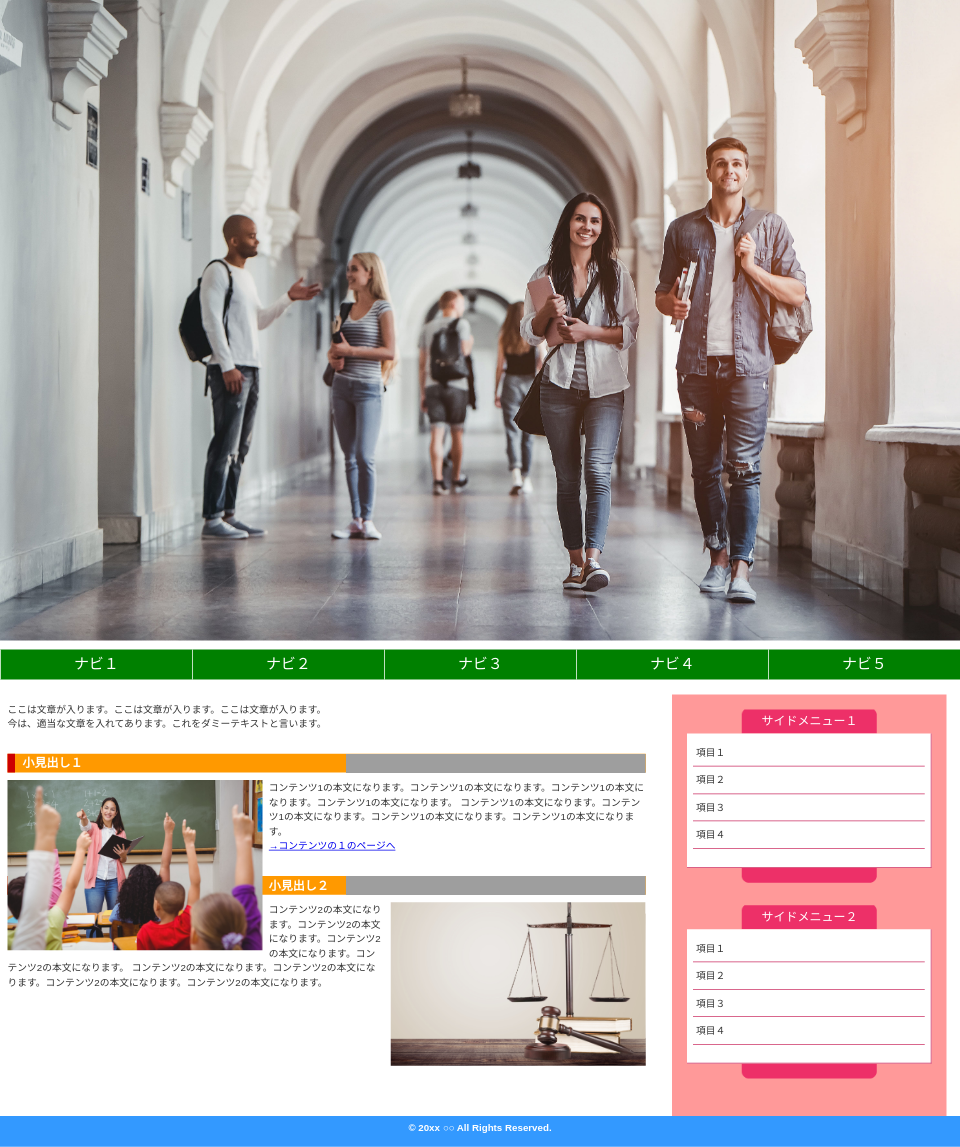
Repository: k-s-k119/samurai_HTML-CSS
Page: home.html
The author's editor kept a record of every edit. The page is drawn from the files as they stood at one moment, then again after the next edit.
The browser window is 1280 px wide. The pictures show the whole page, at 75% of full size.
Pictures or frames that could not be fetched are drawn as grey boxes.

Above is the page before.

### home.html
<!DOCTYPE html>
<html lang="ja">
  <head>
    <meta charset="UTF-8">
    <title>HTML/CSSの学習</title>
    <link rel="stylesheet" href="stylesheet.css">
  </head>
  <body>
    <div id="header">
      <h1>
        <a href="index.html">
          <img id="corridor" src="images/corridor.jpg" alt="大学の廊下" />
        </a>
      </h1>
    </div>
    <div id="wrapper">
      <div id="nav">
        <ul>
          <li><a href="home.html">ナビ１</a></li>
          <li><a href="#">ナビ２</a></li>
          <li><a href="#">ナビ３</a></li>
          <li><a href="#">ナビ４</a></li>
          <li><a href="#">ナビ５</a></li>
        </ul>
      </div>
      <div id="container">
        <div id="main">
          <div class="post">
            <p>ここは文章が入ります。ここは文章が入ります。ここは文章が入ります。<br />今は、適当な文章を入れてあります。これをダミーテキストと言います。</p>
          </div>
          <div class="post clearfix">
            <h2>小見出し１</h2>
            <img class="left" src="images/classroom.jpg" alt="授業風景" />
            <p>
              コンテンツ1の本文になります。コンテンツ1の本文になります。コンテンツ1の本文になります。コンテンツ1の本文になります。
              コンテンツ1の本文になります。コンテンツ1の本文になります。コンテンツ1の本文になります。コンテンツ1の本文になります。
            </p>
            <p><a href="#">→コンテンツの１のページへ</a></p>
          </div>
          <div class="post clearfix">
            <h2>小見出し２</h2>
            <img class="right" src="images/scale.jpg" alt="天秤" />
            <p>
              コンテンツ2の本文になります。コンテンツ2の本文になります。コンテンツ2の本文になります。コンテンツ2の本文になります。
              コンテンツ2の本文になります。コンテンツ2の本文になります。コンテンツ2の本文になります。コンテンツ2の本文になります。
            </p>
          </div>
        </div>
        <div id="side">
          <div class="box">
            <h2>サイドメニュー１</h2>
            <div class="boxBody">
              <ul>
                <li>項目１</li>
                <li>項目２</li>
                <li>項目３</li>
                <li>項目４</li>
              </ul>
            </div>
          </div>
          <div class="box">
            <h2>サイドメニュー２</h2>
            <div class="boxBody">
              <ul>
                <li>項目１</li>
                <li>項目２</li>
                <li>項目３</li>
                <li>項目４</li>
              </ul>
            </div>
          </div>
        </div>
      </div>
    </div>
    <div id="footer">
      <p>&copy; 20xx ○○ All Rights Reserved.</p>
    </div>
  </body>
</html>

### stylesheet.css
@charset "utf-8";

body {
		margin: 0;
		padding: 0;
		font-family: "ヒラギノ角ゴ Pro W3", "Hiragino Kaku Gothic Pro", "メイリオ", Meiryo, Osaka, "ＭＳ Ｐゴシック", "MS PGothic", sans-serif;
		color: #333;
		font-size: 13px;
		line-height: 150%;
}

#wrapper {
		width: 100%;
		margin: auto;
		padding: 0px;
		border: 0px;
		background-color: #FFF;
		top: 10px;
		position: relative;
}
#header {
		width: 100%;
}
#header {
		margin: 0;
		padding: 0;
}

h1 {
		margin: 0px;
}
#corridor {
		width: 100%;
		height: auto;
}

#footer {
		clear: both;
		width: 100%;
		padding: 3px 0 3px 0;
		background: #39F;
		color: #FFF;
		font-weight: bold;
		text-align: center;
}

#nav {
		width: 100%;
}
#nav ul {
		display: flex;
		margin: 0;
		padding: 0;
		list-style-type: none;
}
#nav ul li {
		width: 20%;
		text-align: center;
}
#nav ul li a {
		display: block;
		height: 20px;
		margin: 0;
		padding: 10px;
		color: #FFF;
		font-size: 20px;
		text-decoration: none;
		background-color: green;
	border-left: 1px solid white;
}

#nav ul li a:hover {
		filter: drop-shadow(10px 10px 10px black);
}

#container {
		width: 100%;
		margin: auto;
		padding: auto;
		padding-top: 20px;
		clear: both;
		display: grid;
		grid-template-columns: 70vw 30vw;
}
#main {
		width: 95%;
		padding: 10px 30px 10px 10px;
}
#main h2 {
		margin: 0 0 10px 0;
		padding: 3px 10px 3px 10px;
		color: #FFF;
		font-size: 16px;
		border-left: solid 10px #C00;
		background: #F90 url(../images/main_h2.jpg) right top repeat-y;

}
#main p {
		margin: 0;
		padding: 0;
}
#main .post {
		margin: 0 0 30px 0;
}
#main .post img.right {
		margin: 0 0 0 8px;
}
#main .post img.left {
		margin: 0 8px 0 0;
}
.right {
		float: right;
		width: 40%;
		height: auto;
}
.left {
		float: left;
		width: 40%;
		height: auto;
}
.clearfix {
		zoom: 1;
}
.clearfix: after {
		content: "";
		display: block;
		clear: both;
}
#side {
		width: 85%;
		padding: 20px;
		background-color: #F99;
}
#side .box {
		margin: 0 auto 30px auto;
		padding: 0 0 20px 0;
		background: url(images/side_box.png) bottom no-repeat;
}
#side .box h2 {
		margin: 0;
		padding: 8px;
		text-align: center;
		color: #fff;
		font-size: 16px;
		line-height: 16px;
		font-weight: normal;
		background: url(images/side_box_h2.png) center no-repeat;
}
#side .box .boxBody {
		padding: 8px;
		border-right: solid 1px #C36;
		border-bottom: solid 1px #C36;
		border-lift: solid 1px #C36;
		background: #fff;
}
#side .box .boxBody ul {
		margin: 0 0 16px 0;
		padding: 0;
}
#side .box .boxBody ul li {
		padding: 8px 0 8px 4px;
		list-style: none;
		border-bottom: solid 1px #C36;
}

#side .box .boxBody ul li:hover {
		padding: 8px 0 8px 4px;
		list-style: none;
		border-bottom: solid 1px #C36;
		box-shadow: 0px 4px 4px rgba(0, 0, 0, 0.3);
}

After the next edit:
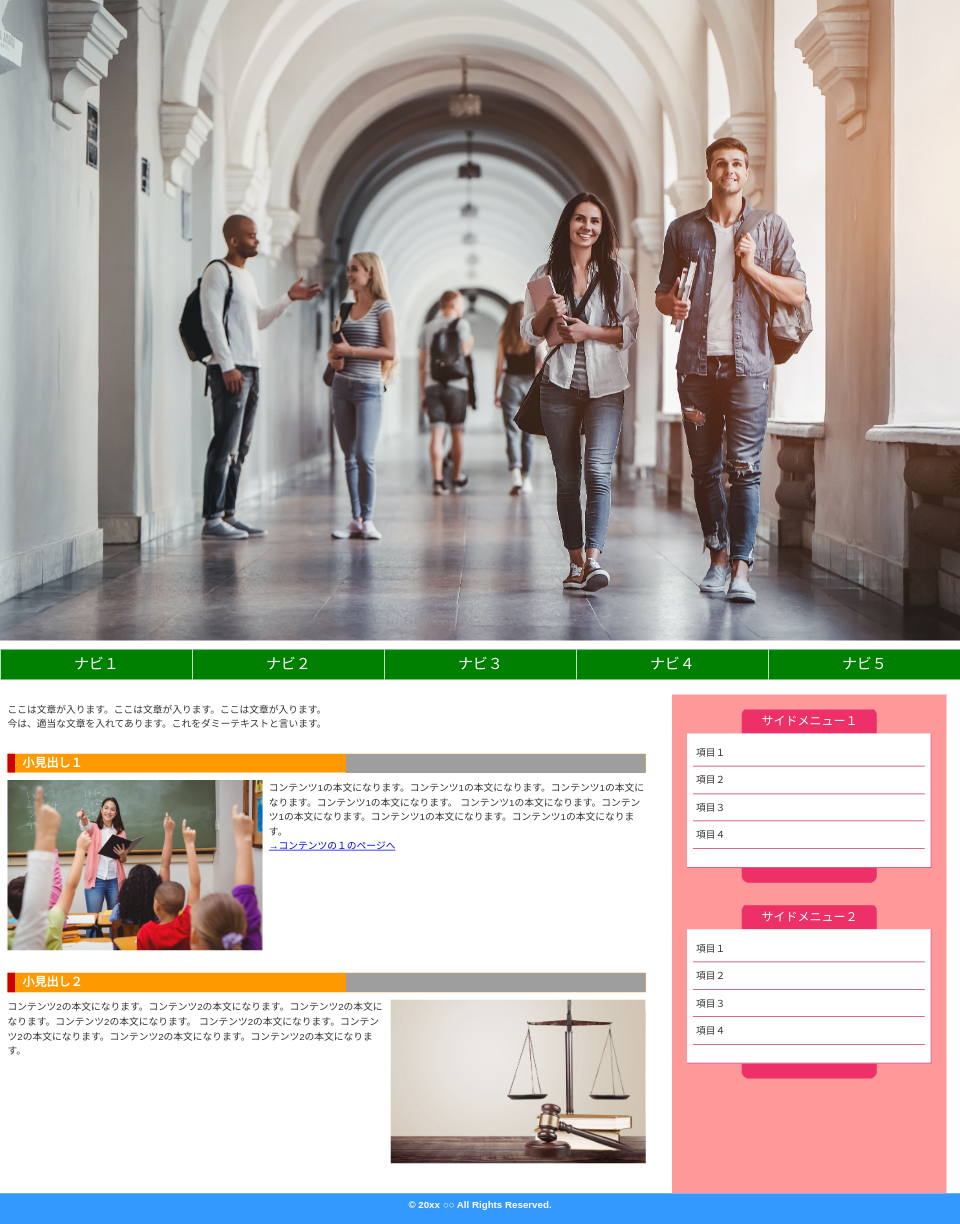
The edit:
--- a/stylesheet.css
+++ b/stylesheet.css
@@ -121,7 +121,7 @@
 .clearfix {
 		zoom: 1;
 }
-.clearfix: after {
+.clearfix:after {
 		content: "";
 		display: block;
 		clear: both;
